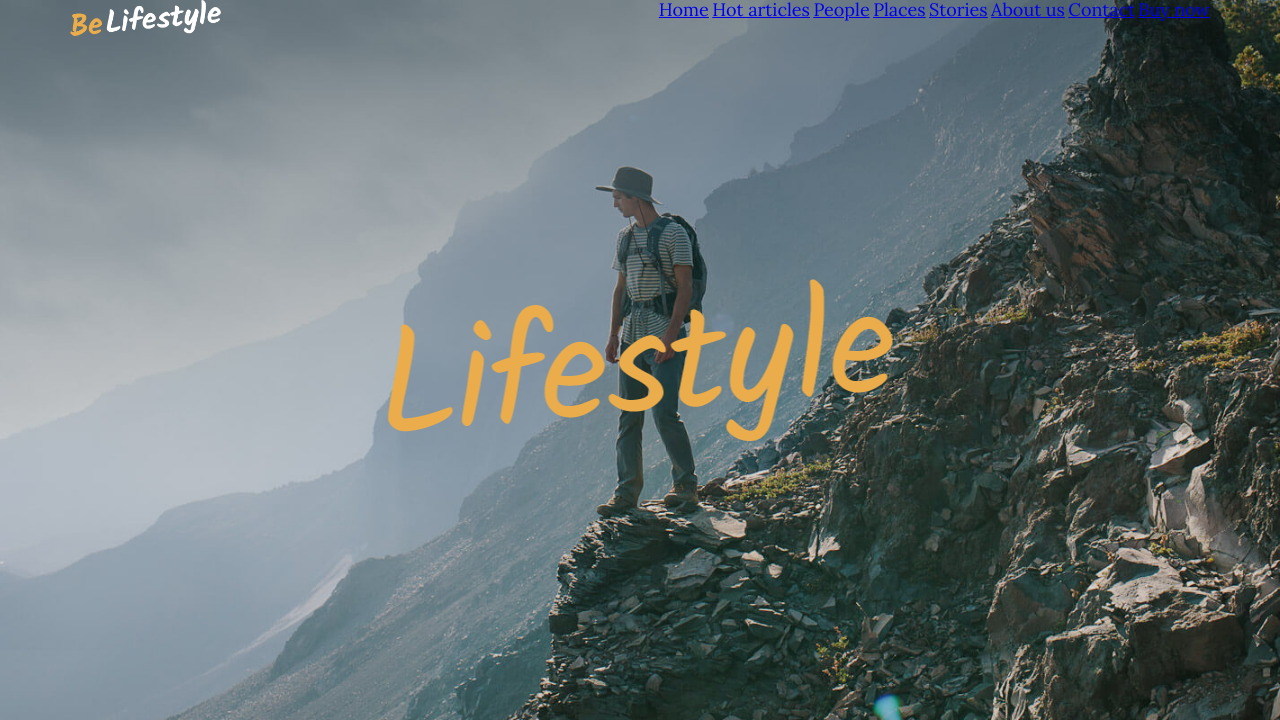
Repository: MalgorzataMazur/BeLife
Page: index.html
The author's editor kept a copy of each file at every save. The page is drawn from the files as they stood at one save, then again after the next save.
The browser window is 1280 px wide. The pictures show the whole page.

Above is the page before, as saved 2019-10-30 12:21:24.

After the next save:
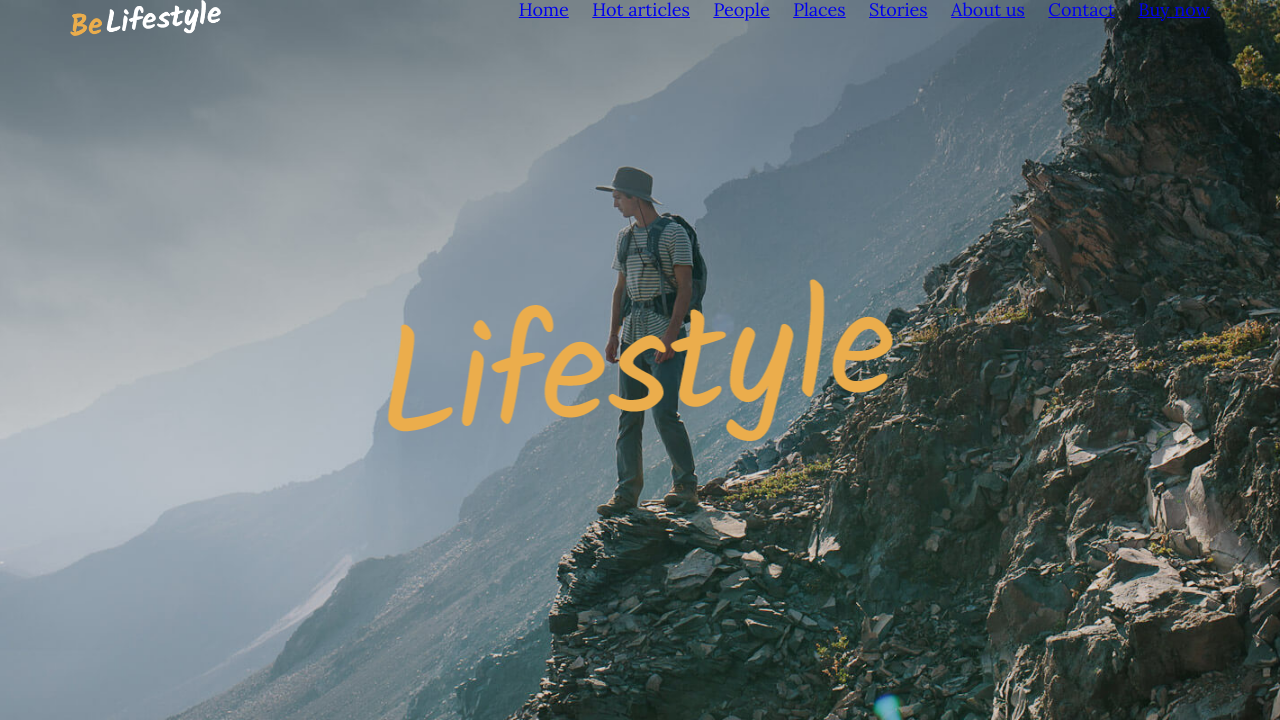
Saved 29 s later.
--- a/resources/css/style.css
+++ b/resources/css/style.css
@@ -59,4 +59,5 @@ header {
     display: inline-block;
     font-size: 18px;
     margin: 0px;
+    padding-left: 20px;
 }
